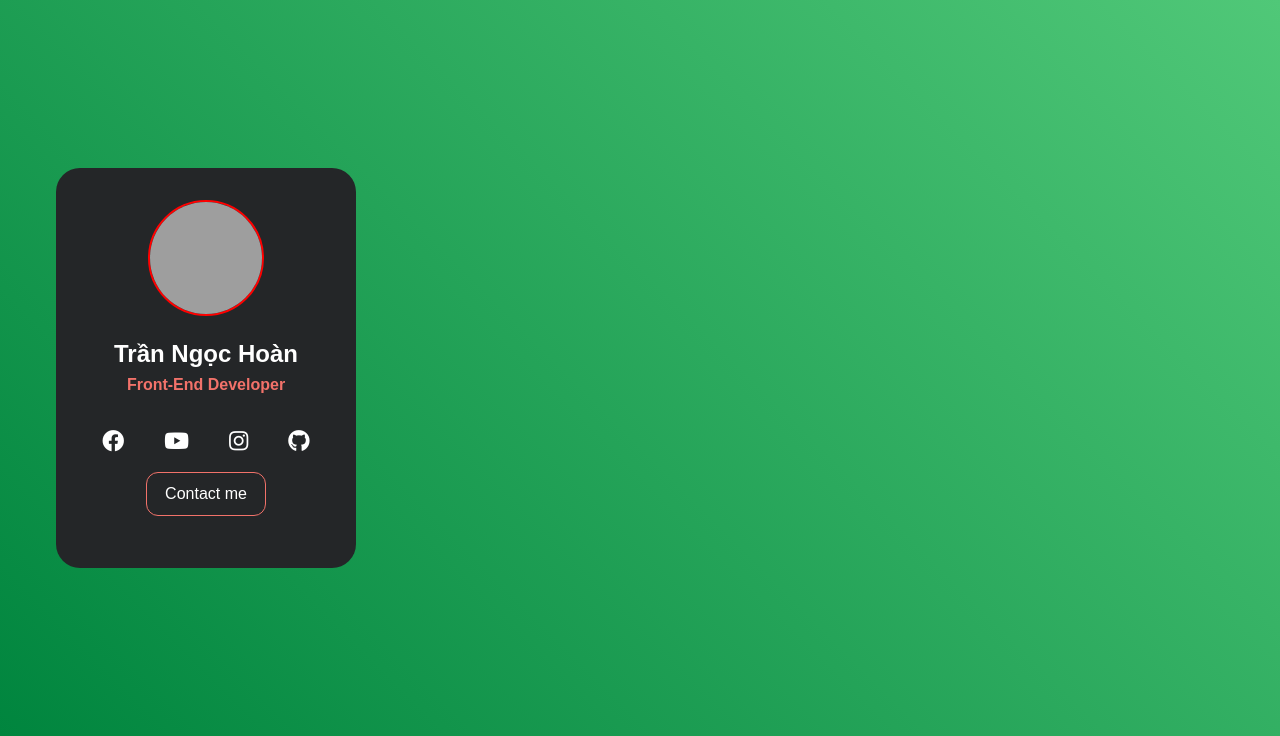
Repository: HoanTiny/30projects-30day
Page: Day 2/index.html
These files come from the project's save history. The page is drawn as it stood at one moment and after the next save; the edit follows.
The browser window is 1280 px wide. The pictures show the whole page.
Pictures or frames that could not be fetched are drawn as grey boxes. Some web libraries are served in a nearby version.

Above is the page before, as saved 2021-11-30 21:21:59.

After the next save:
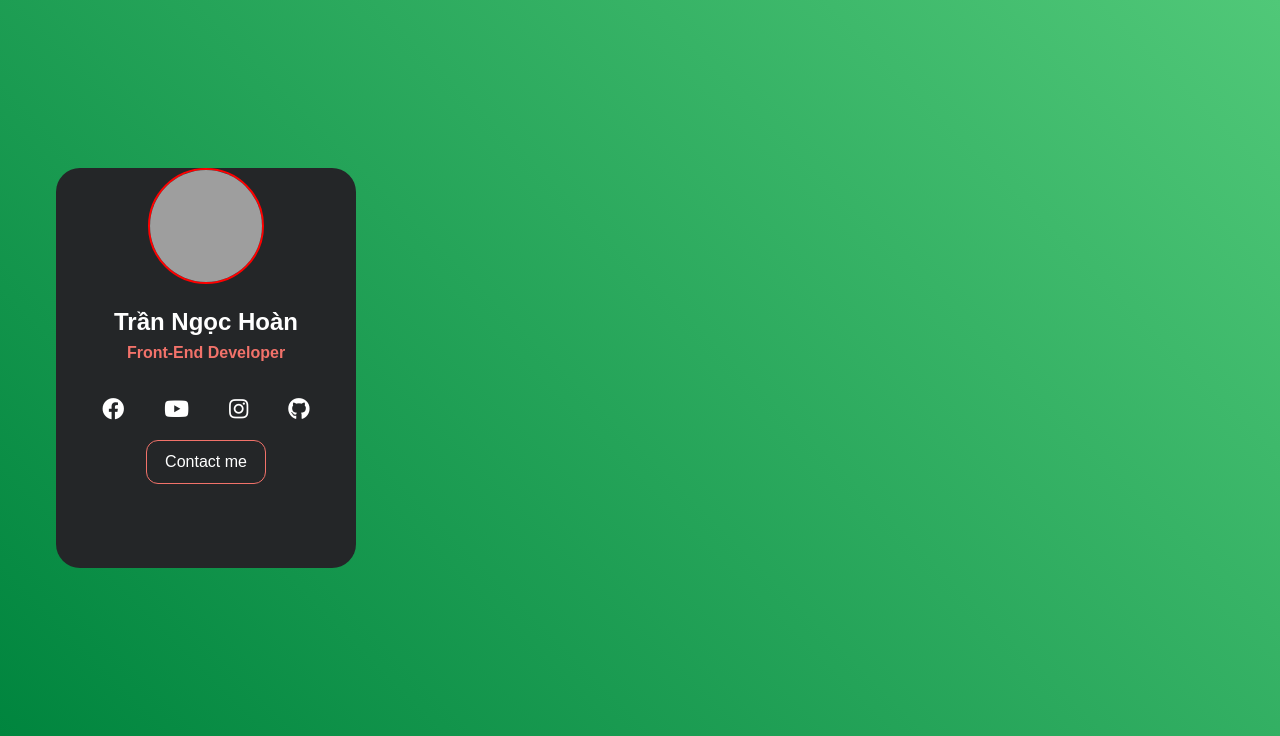
Saved 99 s later.
--- a/Day 2/style.css
+++ b/Day 2/style.css
@@ -41,7 +41,6 @@ a {
     height: 112px;
     border-radius: 50%;
     border: 2px solid red;
-    margin-top: 32px;
 }
 
 .card-item-img:hover {
